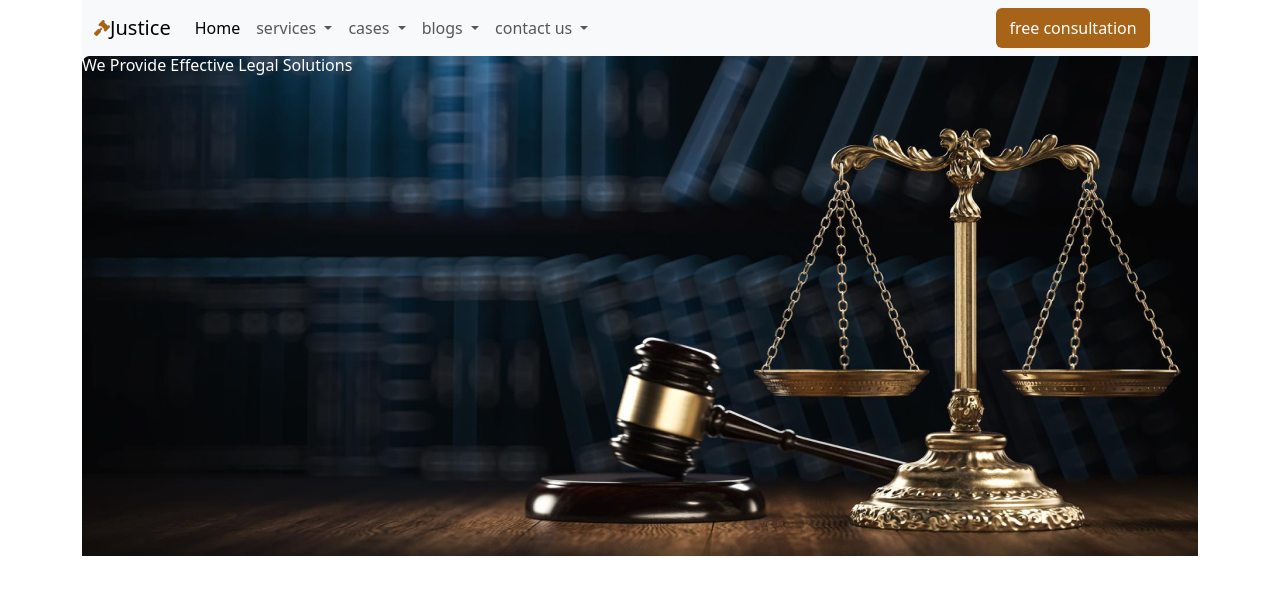
Repository: sadiaafsana138/justice
Page: index.html
An editor plug-in stored every save of this project. The page is shown before and after the next save, followed by the edit.
The browser window is 1280 px wide. The pictures show the whole page.
Some web libraries are served in a nearby version.

Above is the page before, as saved 2023-01-25 17:01:18.

After the next save:
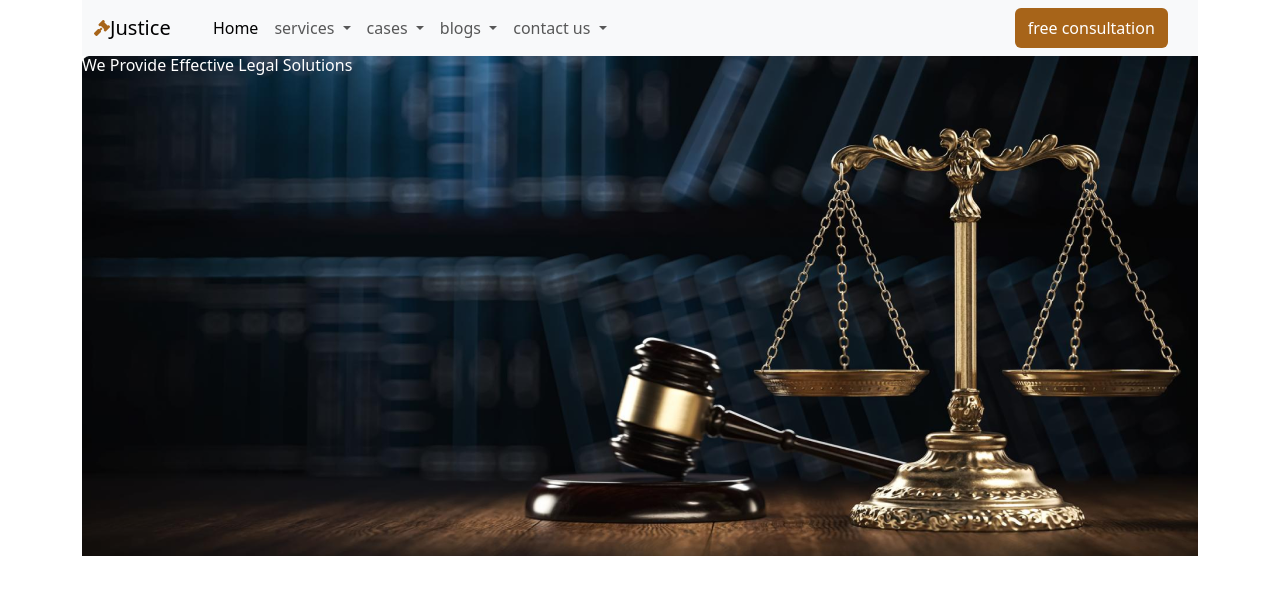
Saved 4 min 40 s later.
--- a/index.html
+++ b/index.html
@@ -29,7 +29,7 @@
                     <span class="navbar-toggler-icon"></span>
                 </button>
                 <!--NAVBAR ITEMS-->
-                <div class="collapse navbar-collapse" id="navbarSupportedContent">
+                <div class="collapse navbar-collapse d-flex justify-content-center" id="navbarSupportedContent">
                     <ul class="navbar-nav mb-2 mb-lg-0">
                         <li class="nav-item">
                             <a class="nav-link active" aria-current="page" href="#">Home</a>
@@ -80,8 +80,8 @@
     <main class="container-lg">
         <section class="banner-bg">
 
-            <div>
-                <h6 class="text-primary-color1">We Provide Effective Legal Solutions</h6>
+            <div class="align-">
+                <h6 class="text-primary-color1 ">We Provide Effective Legal Solutions</h6>
             </div>
         </section>
 
